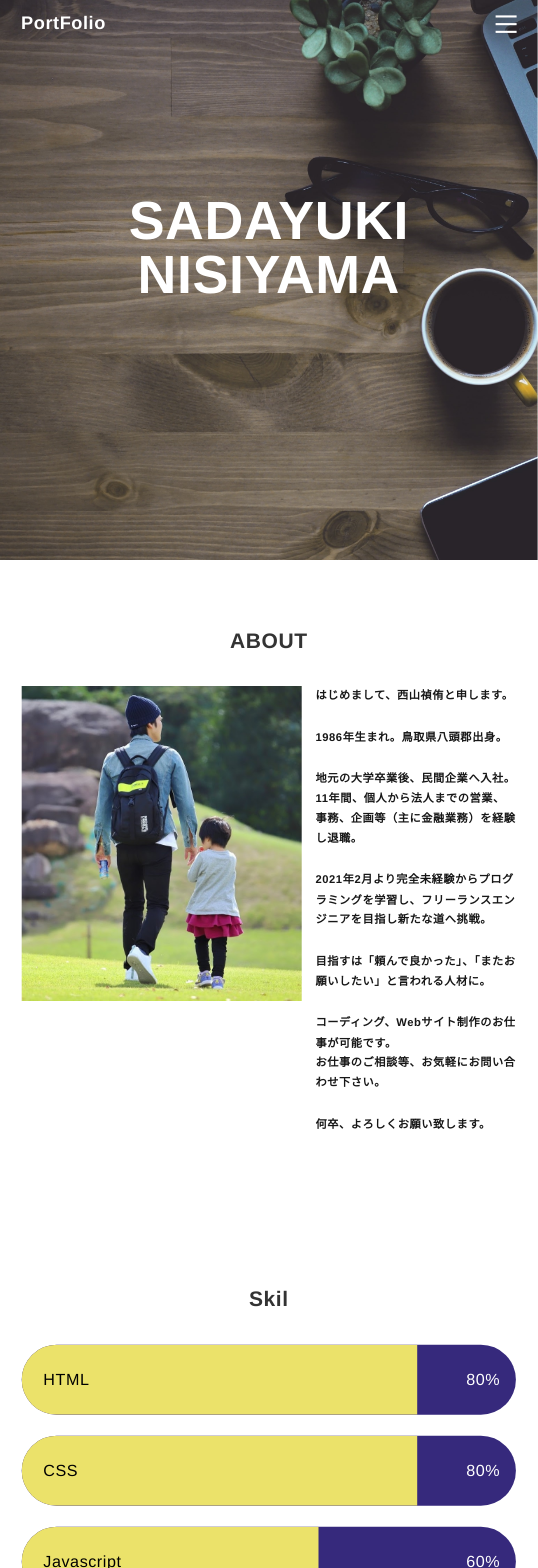
Repository: sadayuki15/portfolio
Page: index.html
These files come from the project's save history. The page is drawn as it stood at one moment and after a run of saves; the edit follows.
The browser window is 768 px wide. The pictures show the part of the page from y = 0 to 2240 px (the page is 3907 px tall), at 70% of full size.

Above is the page before, as saved 2021-04-26 01:58:50.

After the next 2 saves:
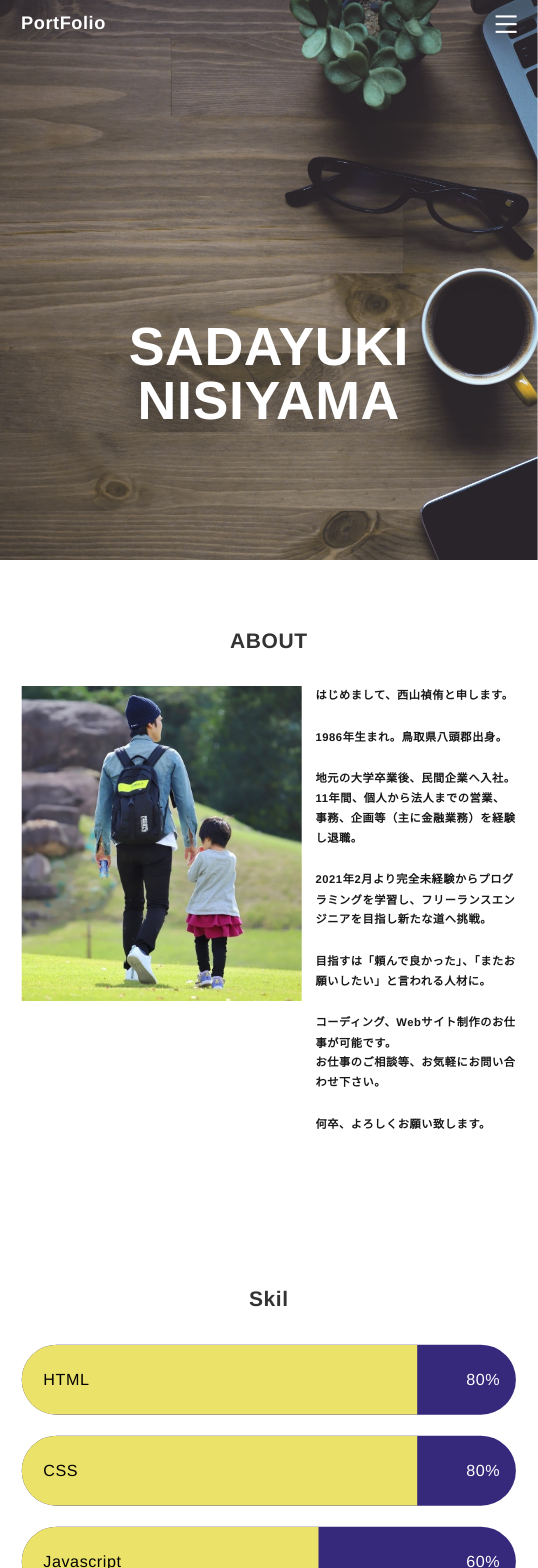
The 2 saves are shown as one change because they came seconds apart.
The last was saved 83 s later.
--- a/css/style.css
+++ b/css/style.css
@@ -396,7 +396,7 @@ body.noscroll {
 
 /*-------- fv -------*/
 .main-copy {
-  top: 50%;
+  top: 65%;
   left: 50%;
   transform: translate(-50%,-50%);
 }
